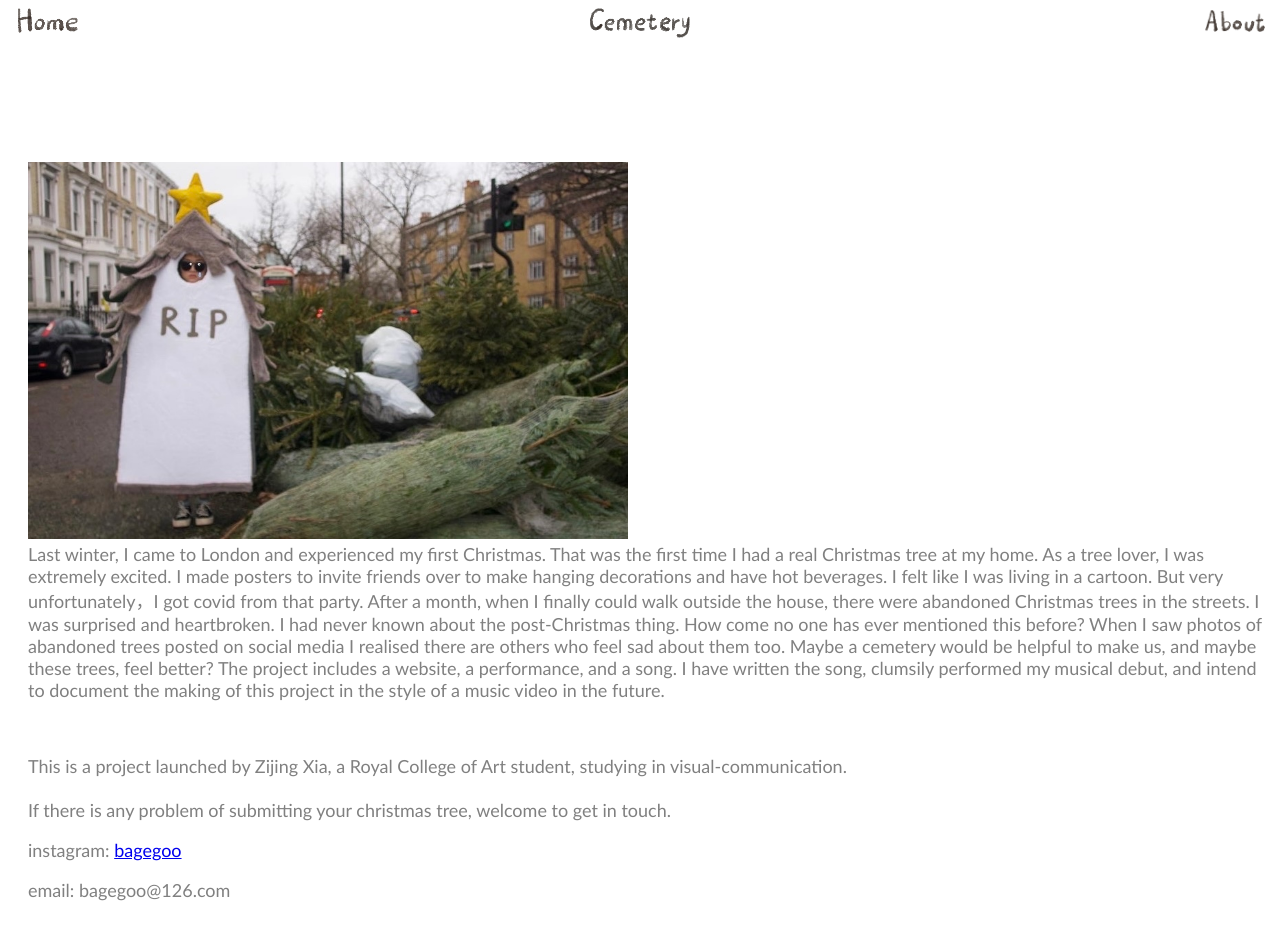
Repository: FuugaMo/ByeByeChristmasTree.github.io
Page: about.html
These files come from the project's save history. The page is drawn as it stood at one moment and after the next save; the edit follows.
The browser window is 1280 px wide. The pictures show the whole page.

Above is the page before, as saved 2023-07-28 21:23:20.

### about.html
<!DOCTYPE html>
<html lang="en">

<head>
    <meta charset="utf-8" />
    <link
        href="about.css"
        rel="stylesheet"
    />

</head>

<body>
    <!-- 顶部导航栏 -->
    <nav>
        <div
            class="home"
            style="width:60px; height:50px"
        >
            <img
                src="./Image/Home.png"
                width="60px"
            >
            <input
                type="button"
                onclick='location.href=("index.html")'
            />

        </div>

        <div
            class="cemetery"
            style="width: 100px;"
        >
            <img
                src="./Image/cemetery.png"
                class="cemetery"
                width="100px"
            >
            <input
                type="button"
                onclick='location.href=("cemetery.html")'
            />
        </div>

        <div
            class="about"
            style="width: 60px;"
        >
            <img
                src="./Image/about.png"
                width="60px"
            >
            <input
                type="button"
                onclick='location.href=("about.html")'
            />
        </div>

    </nav>

    <div id="content">
        <img
            src="./Image/About1.jpeg"
            width="600px"
        >
        <div class="text">
            <p1>
                Last winter, I came to London and experienced my first Christmas. That was the first time I had a real
                Christmas tree at my home. As a tree lover, I was extremely excited. I made posters to invite friends
                over to make hanging decorations and have hot beverages. I felt like I was living in a cartoon. But very
                unfortunately，I got covid from that party. After a month, when I finally could walk outside the house,
                there were abandoned Christmas trees in the streets. I was surprised and heartbroken. I had never known
                about the post-Christmas thing. How come no one has ever mentioned this before?
            </p1>
            <p1>
                When I saw photos of abandoned trees posted on social media I realised there are others who feel sad
                about them too. Maybe a cemetery would be helpful to make us, and maybe these trees, feel better?
            </p1>
            <p1>
                The project includes a website, a performance, and a song. I have written the song, clumsily performed
                my musical debut, and intend to document the making of this project in the style of a music video in the
                future.
            </p1>
            <br>
            <br>
            <br>
            <br>
            <p1>
                This is a project launched by Zijing Xia, a Royal College of Art student, studying in visual-communication.
                <br><br> If there is any problem of submitting your christmas tree, welcome to get in touch.
            </p1>
            <br>
            <br>
            <p2>
                instagram: <a href="https://www.instagram.com/bagegoo/">bagegoo</a></p2>
            </p2>
            <br>
            <br>
            <p3>
                email: bagegoo@126.com
            </p3>

            <br><br><br>
        </div>
</body>

### about.css
#content {
    position: relative;
    margin-top: 10px;
    margin-left: 20px;
}

/* 导航栏 */
.home {
    position: relative;
    display: -webkit-box;
    -webkit-box-pack: start;
    -webkit-box-align: start;
    -webkit-box-orient: start;
    text-align: center;
    margin-left: 10px;
    /* opacity: 0; */
}

.home input {
    cursor: url("光标.png"), auto;
    position: absolute;
    width: 60px;
    height: 25px;
    border: 0px;
    left: 0px;
    top: 0px;
    /* opacity: 0.5; */
    /* background-color: black; */
    background-color: transparent;
}

.cemetery {
    position: relative;
    margin: 0 auto;
    top: -25px;
}

.cemetery input {
    cursor: url("光标.png"), auto;
    position: relative;
    width: 100px;
    height: 60px;
    border: 0;
    top: -85px;
    /* opacity: 0.5; */
    /* background-color: black; */
    background-color: transparent;
}

.about {
    position: absolute;
    right: 15px;
    top: 10px;
}

p1,
p2,
p3 {
    font-family: "Gill Sans", sans-serif;
    font-size: large;
    color: gray;
}

.about input {
    cursor: url("光标.png"), auto;
    position: absolute;
    width: 60px;
    height: 25px;
    border: 0px;
    right: 1px;
    /* opacity: 0.5; */
    /* background-color: black; */
    background-color: transparent;

}

/* 导航栏结束 */

html {
    cursor: url("光标.png"), auto;
}

After the next save:
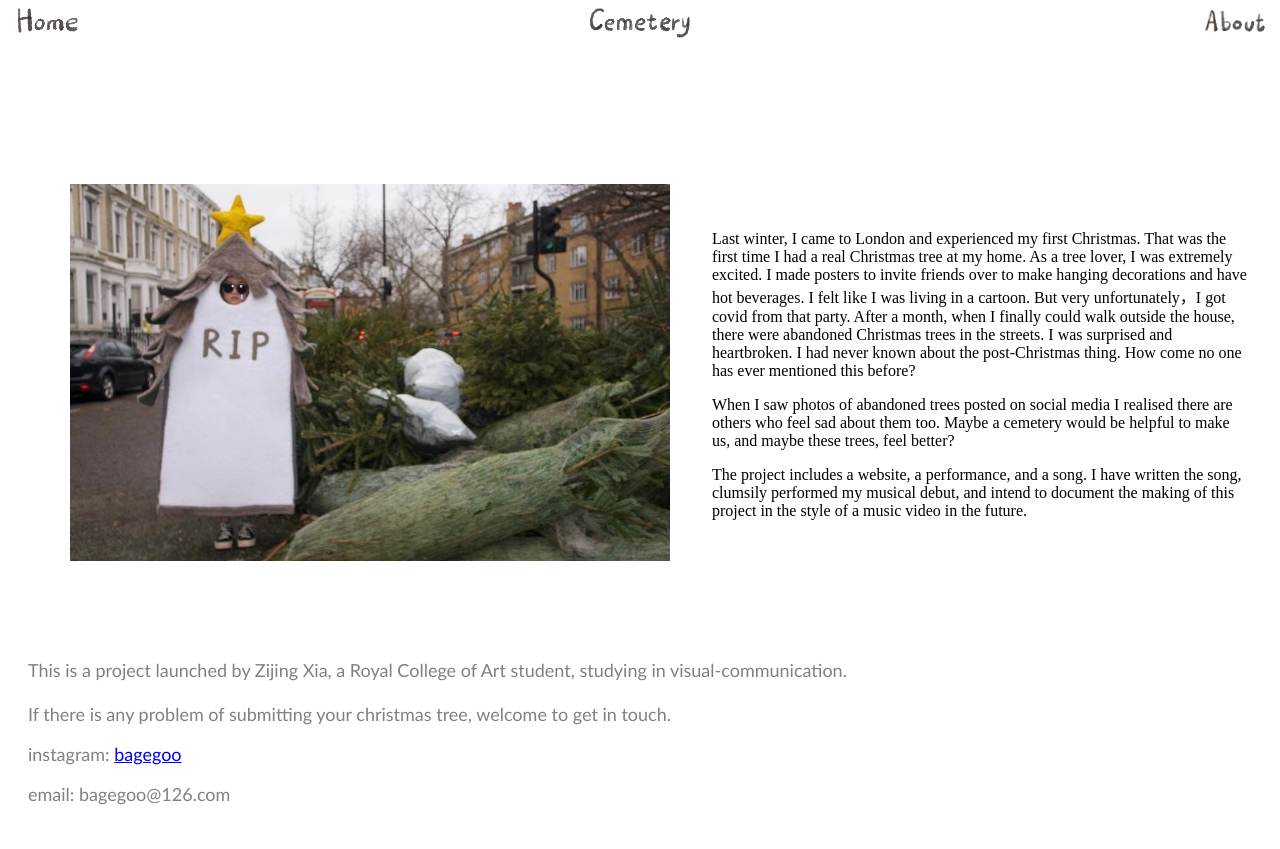
Saved 55 s later.
--- a/about.html
+++ b/about.html
@@ -60,47 +60,58 @@
     </nav>
 
     <div id="content">
-        <img
-            src="./Image/About1.jpeg"
-            width="600px"
+        <table
+            id="content"
+            cellpadding="20"
         >
-        <div class="text">
-            <p1>
-                Last winter, I came to London and experienced my first Christmas. That was the first time I had a real
-                Christmas tree at my home. As a tree lover, I was extremely excited. I made posters to invite friends
-                over to make hanging decorations and have hot beverages. I felt like I was living in a cartoon. But very
-                unfortunately，I got covid from that party. After a month, when I finally could walk outside the house,
-                there were abandoned Christmas trees in the streets. I was surprised and heartbroken. I had never known
-                about the post-Christmas thing. How come no one has ever mentioned this before?
-            </p1>
-            <p1>
-                When I saw photos of abandoned trees posted on social media I realised there are others who feel sad
-                about them too. Maybe a cemetery would be helpful to make us, and maybe these trees, feel better?
-            </p1>
-            <p1>
-                The project includes a website, a performance, and a song. I have written the song, clumsily performed
-                my musical debut, and intend to document the making of this project in the style of a music video in the
-                future.
-            </p1>
-            <br>
-            <br>
-            <br>
-            <br>
-            <p1>
-                This is a project launched by Zijing Xia, a Royal College of Art student, studying in visual-communication.
-                <br><br> If there is any problem of submitting your christmas tree, welcome to get in touch.
-            </p1>
-            <br>
-            <br>
-            <p2>
-                instagram: <a href="https://www.instagram.com/bagegoo/">bagegoo</a></p2>
-            </p2>
-            <br>
-            <br>
-            <p3>
-                email: bagegoo@126.com
-            </p3>
+            <tr>
+                <td>
+                    <img
+                        src="./Image/About1.jpeg"
+                        width="600px"
+                    >
+                </td>
+                <td>
+                    <p>
+                        Last winter, I came to London and experienced my first Christmas. That was the first time I had a
+                        real Christmas tree at my home. As a tree lover, I was extremely excited. I made posters to invite
+                        friends over to make hanging decorations and have hot beverages. I felt like I was living in a
+                        cartoon. But very unfortunately，I got covid from that party. After a month, when I finally could walk
+                        outside the house, there were abandoned Christmas trees in the streets. I was surprised and
+                        heartbroken. I had never known about the post-Christmas thing. How come no one has ever mentioned
+                        this before?
+                    </p>
+                    <p>
+                        When I saw photos of abandoned trees posted on social media I realised there are others who feel sad
+                        about them too. Maybe a cemetery would be helpful to make us, and maybe these trees, feel better?
+                    </p>
+                    <p>
+                        The project includes a website, a performance, and a song. I have written the song, clumsily
+                        performed my musical debut, and intend to document the making of this project in the style of a
+                        music video in the future.
+                    </p>
+                </td>
+            </tr>
+        </table>
+        <br>
+        <br>
+        <br>
+        <br>
+        <p1>
+            This is a project launched by Zijing Xia, a Royal College of Art student, studying in visual-communication.
+            <br><br> If there is any problem of submitting your christmas tree, welcome to get in touch.
+        </p1>
+        <br>
+        <br>
+        <p2>
+            instagram: <a href="https://www.instagram.com/bagegoo/">bagegoo</a></p2>
+        </p2>
+        <br>
+        <br>
+        <p3>
+            email: bagegoo@126.com
+        </p3>
 
-            <br><br><br>
-        </div>
+        <br><br><br>
+    </div>
 </body>
